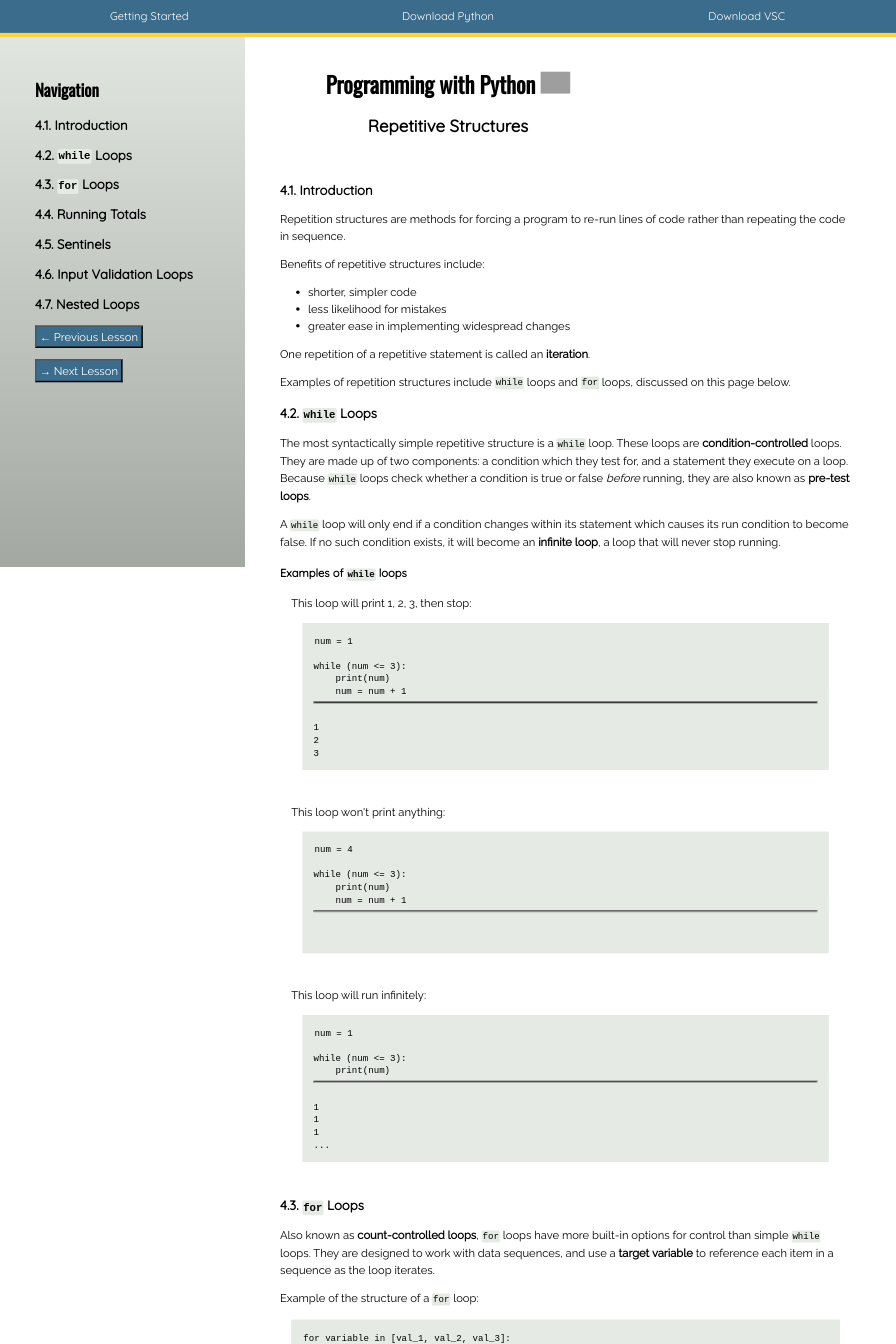
Repository: emnharris/FreeCodeCampChallenges
Page: responsive-web-design/technical-documentation-page/python-tutorial.html
The author's editor kept a copy of each file at every save. The page is drawn from the files as they stood at one save, then again after the next save.
The browser window is 1280 px wide. The pictures show the part of the page from y = 0 to 1920 px (the page is 5472 px tall before and 5570 px after), at 70% of full size.
Pictures or frames that could not be fetched are drawn as grey boxes.

Above is the page before, as saved 2020-04-18 01:03:08.

### responsive-web-design/technical-documentation-page/python-tutorial.html
<!DOCTYPE html>
<html>
    <head>
        <!--Import fonts-->
        <link href="https://fonts.googleapis.com/css2?family=Oswald&family=Quicksand&family=Raleway&display=swap" rel="stylesheet">

        <!--Import stylesheet-->
        <link rel="stylesheet" type="text/css" href="python-tutorial.css">
    </head>

    <body>
        <title>
            Programming with Python: Repetition Structures
        </title>
        <navbar id="navbar">
            <h2><a href="https://github.com/emnharris/COSC-1336/wiki">Getting Started</a></h2>
            <h2><a href="https://www.python.org/downloads/" target="_blank">Download Python</a></h2>
            <h2><a href="https://code.visualstudio.com/download" target="_blank">Download VSC</a></h2>
        </navbar>
        <div class="sidebar" id="sidebar">
            <h2 class="nav-header">Navigation</h2>
            <h3><a href="#4.1">4.1. Introduction</a></h3>
            <h3><a href="#4.2">4.2. <code>while</code> Loops</a></h3>
            <h3><a href="#4.3">4.3. <code>for</code> Loops</a></h3>
            <h3><a href="#4.4">4.4. Running Totals</a></h3>
            <h3><a href="#4.5">4.5. Sentinels</a></h3>
            <h3><a href="#4.6">4.6. Input Validation Loops</a></h3>
            <h3><a href="#4.7">4.7. Nested Loops</a></h3>
            <button onclick="window.location.href = 'https://github.com/emnharris/COSC-1336/wiki/3.-Decision-Structures-and-Boolean-Logic';">&larr; Previous Lesson</button>
            <p><button onclick="window.location.href = 'https://github.com/emnharris/COSC-1336/wiki/5.-Functions';">&rarr; Next Lesson</button></p>
        </div>
        <header>
            <h1>Programming with Python
            <img src="https://www.stickpng.com/assets/images/5848152fcef1014c0b5e4967.png" alt="python logo" id="logo"></h1>
            <h2>Repetitive Structures</h2>
            <section class="dropdown" id="nav-drop">
                <h2 class="nav-header" style="text-align: center;">Navigation</h2>
                <div class="dropdown-content">
                <h3><a style="border-top: none" href="#4.1">4.1. Introduction</a></h3>
                <h3><a class="drop-text" href="#4.2">4.2. <code>while</code> Loops</a></h3>
                <h3><a class="drop-text" href="#4.3">4.3. <code>for</code> Loops</a></h3>
                <h3><a class="drop-text" href="#4.4">4.4. Running Totals</a></h3>
                <h3><a class="drop-text" href="#4.5">4.5. Sentinels</a></h3>
                <h3><a class="drop-text" href="#4.6">4.6. Input Validation Loops</a></h3>
                <h3><a class="drop-text" href="#4.7">4.7. Nested Loops</a></h3>
            </div>
            </section>
        </header>
        <main>
            <section id="4.1">
                <h3>4.1. Introduction </h3>
                <p>Repetition structures are methods for forcing a program to re-run lines of code rather than repeating the code in sequence.</p>

                <p>Benefits of repetitive structures include:</p>
                <ul>
                    <li>shorter, simpler code</li>
                    <li>less likelihood for mistakes</li>
                    <li>greater ease in implementing widespread changes</li>
                </ul>

                <p>One repetition of a repetitive statement is called an <b>iteration</b>.</p>

                <p>Examples of repetition structures include <code>while</code> loops and <code>for</code> loops, discussed on this page below.</p>
            </section>
            <section id="4.2">
                <h3>4.2. <code>while</code> Loops</h3>
                <p>The most syntactically simple repetitive structure is a <code>while</code> loop. These loops are <b>condition-controlled</b> loops. They are made up of two components: a condition which they test for, and a statement they execute on a loop. Because <code>while</code> loops check whether a condition is true or false <i>before</i> running, they are also known as <b>pre-test loops</b>.</p>

                <p>A <code>while</code> loop will only end if a condition changes within its statement which causes its run condition to become false. If no such condition exists, it will become an <b>infinite loop</b>, a loop that will never stop running.</p>

                <h4>Examples of <code>while</code> loops</h4>
                <div id="examples">
                    <div id="onetwothree">
                        <p>This loop will print 1, 2, 3, then stop:</p>
                        <div class="code-block">
                            <code>
                                num = 1
                                <br>
                                <br>while (num <= 3):
                                <br>&nbsp;&nbsp;&nbsp;&nbsp;print(num)
                                <br>&nbsp;&nbsp;&nbsp;&nbsp;num = num + 1
                                <br>
                                <hr>
                                <br>1
                                <br>2
                                <br>3
                            </code>
                        </div>
                    </div>
                    <div id="broken">
                        <p>This loop won't print anything:</p>
                        <div class="code-block">
                            <code>
                                num = 4
                                <br>
                                <br>while (num <= 3):
                                <br>&nbsp;&nbsp;&nbsp;&nbsp;print(num)
                                <br>&nbsp;&nbsp;&nbsp;&nbsp;num = num + 1
                                <hr>
                                <br>
                                <br>
                            </code>
                        </div>
                    </div>
                    <div id="infinite">
                        <p>This loop will run infinitely:</p>
                        <div class="code-block">
                            <code>
                                num = 1
                                <br>
                                <br>while (num <= 3):
                                <br>&nbsp;&nbsp;&nbsp;&nbsp;print(num)
                                <hr>
                                <br>1
                                <br>1
                                <br>1
                                <br>...
                            </code>
                        </div>
                    </div>
                </div>
            </section>
            <section id="4.3">
                <h3>4.3. <code>for</code> Loops</h3>
                <p>Also known as <b>count-controlled loops</b>, <code>for</code> loops have more built-in options for control than simple <code>while</code> loops. They are designed to work with data sequences, and use a <b>target variable</b> to reference each item in a sequence as the loop iterates.</p>

                <p>Example of the structure of a <code>for</code> loop:</p>
                <div class="code-block">
                    <code>
                        for variable in [val_1, val_2, val_3]:
                        <br>&nbsp;&nbsp;&nbsp;&nbsp;statement executes
                    </code>
                </div>
                <p>In the example above, <b>variable</b> is the target variable which is referenced in each iteration as the loop moves through the data sequence (<b>val_1, val_2, val_3</b>).</p>

                <p>A simple <code>for</code> loop:</p>
                <div class="code-block">
                    <code>
                        print('This program prints the first 5 prime numbers:')
                        <br>for num in [2, 3, 5, 7, 11]:
                        <br>&nbsp;&nbsp;&nbsp;&nbsp;print(num)
                        <hr>
                        <br>This program prints the first 5 prime numbers:
                        <br>2
                        <br>3
                        <br>5
                        <br>7
                        <br>11
                    </code>
                </div>

                <h4>4.3.1. The <code>range</code> function</h4>

                <p>This function returns an <b>iterable object</b>, or an object with a sequence of values that can be iterated over. For example, 5 can be iterated from 0 to 5 as 0, 1, 2, 3, 4.</p>

                <p>By default, the <code>range</code> function moves in increases of 1.</p>

                <p>Remember than when using range, the iterable object is considered the ending limit. That is to say, as in the above example, we stop iterating <i>before</i> 5, not <i>at</i> 5. It is non-inclusive to 5.</p>

                <p>There are several characteristics to <code>range</code> functions. One argument will be interpreted as the ending limit (non-inclusive). Two arguments will be interpreted as a starting value (inclusive) and an ending limit (non-inclusive). Three arguments will be interpreted as an additional step value.</p>

                <p>Begins at 1, goes up to 10, changes by 2:</p>
                <div class="code-block">
                    <code>
                        for num in range (1, 10, 2):
                        <br>&nbsp;&nbsp;&nbsp;&nbsp;print(num)
                        <hr>
                        <br>1
                        <br>3
                        <br>5
                        <br>7
                        <br>9
                    </code>
                </div>

                <p>Begins at 5, goes down to 1 in steps of 1:</p>
                <div class="code-block">
                    <code>
                        for star in range (5, 1, -1):
                        <br>&nbsp;&nbsp;&nbsp;&nbsp;print('*' * star)
                        <hr>
                        <br>*****
                        <br>****
                        <br>***
                        <br>**
                        <br>*
                    </code>
                </div>

                <h4>4.3.2. Calculations with the Target Variable</h4>
                <p>Because the target variable is assigned the values 1, then 2, then 3, etc. as a loop runs, it can be helpful to use it to run certain calculations using it.</p>

                <p>This program displays a table of square roots:</p>
                <div class="code-block">
                    <code>
                        for number in range(1, 6):
                        <br>&nbsp;&nbsp;&nbsp;&nbsp;square = number**2
                        <br>&nbsp;&nbsp;&nbsp;&nbsp;print(number, '\t', square)
                        <hr>
                        <br>1&nbsp;&nbsp;&nbsp;&nbsp;1
                        <br>2&nbsp;&nbsp;&nbsp;&nbsp;4
                        <br>3&nbsp;&nbsp;&nbsp;&nbsp;9
                        <br>4&nbsp;&nbsp;&nbsp;&nbsp;16
                        <br>5&nbsp;&nbsp;&nbsp;&nbsp;25
                    </code>
                </div>
                <section id="4.4">
                <h3>4.4. Running Totals</h3>
                <p>Running totals can be executed by initializing an **accumulator variable** and using a loop. The accumulator is what holds the total, which is added to with each loop. The accumulator must be initialized, and set to 0, or the total will not be accurate.</p>

                <p>Calculates the sum of 5 numbers:</p>
                <div class="code-block">
                    <code>
                        MAX = 5
                        <br>total = 0
                        <br>for counter in range (MAX):
                        <br>&nbsp;&nbsp;&nbsp;&nbsp;number = int(input('Enter a number: ')
                        <br>&nbsp;&nbsp;&nbsp;&nbsp;total += number
                        <br>print('Total:',total)
                        <hr>
                        <br>Enter a number: 1
                        <br>Enter a number: 2
                        <br>Enter a number: 3
                        <br>Enter a number: 4
                        <br>Enter a number: 5
                        <br>Total: 15
                    </code>
                </div>

                <h4>4.4.1. Augmented Assignment Operators</h4>
                <p>Common operations such as <code>x = x + 1</code> can be shortened in Python. This works with numbers and variables (e.g., <code>total += number</code>).</p>
                <table>
                    <tr>
                        <th>
                            Operator
                        </th>
                        <th>
                            Example
                        </th>
                    </tr>
                    <tr>
                        <td>
                            <code>+=</code>
                        </td>
                        <td>
                            <code>x += 1</code> is equivalent to <code>x = x + 1</code>
                        </td>
                    </tr>
                    <tr>
                        <td>
                            <code>-=</code>
                        </td>
                        <td>
                            <code>x -= 1</code> is equivalent to <code>x = x - 1</code>
                        </td>
                    </tr>
                    <tr>
                        <td>
                            <code>*=</code>
                        </td>
                        <td>
                            <code>x *= 1</code> is equivalent to <code>x = x * 1</code>
                        </td>
                    </tr>
                    <tr>
                        <td>
                            <code>/=</code>
                        </td>
                        <td>
                            <code>x /= 1</code> is equivalent to <code>x = x / 1</code>
                        </td>
                    </tr>
                    <tr>
                        <td>
                            <code>%=</code>
                        </td>
                        <td>
                            <code>x %= 1</code> is equivalent to <code>x = x % 1</code>
                        </td>
                    </tr>
                </table>
            </section>

            <section id="4.5">
                <h3>4.5. Sentinels</h3>
                <p>A <b>sentinel</b> is a special value that marks the end of a sequence of values. When a program reads the sentinel value, it knows it has reached the end of the sequence, so the loop terminates. Sentinels are useful when the programmer does not know how many values are going to be input, and it would be cumbersome to ask after every iteration whether the user has more data.</p>

                <p>Note, a sentinel value must be distinct enough that it cannot be mistaken as a regular value in the sequence. An example of a distinct sentinel would be using a negative value when asking for student grades, because a negative score is impossible.</p>

            </section>
            <section id="4.6">
                <h3>4.6. Input Validation Loops</h3>
                <p>Data output can only be as good as data input, so data validation is frequently an important component of writing a program. <b>Input validation</b> is data validation that runs when the user inputs data into a program. If the input is invalid, the program will discard it and prompt the user for valid data instead. The program should loop until valid data is entered.</p>

                <p>The input that is received by the program just before input validation runs is called the <b>priming read</b>. Its purpose is to get the first input value to be tested by the validation loop.</p>

                <p>Example with the priming read commented:</p>
                <div class="code-block">
                    <code>
                score = int(input('Enter a score: '))&nbsp;&nbsp;&nbsp;&nbsp;#priming read
                <br>while score < 0 or score > 100:
                    <br>&nbsp;&nbsp;&nbsp;&nbsp;print('ERROR')
                    <br>&nbsp;&nbsp;&nbsp;&nbsp;score = int(input('Enter a score: '))
                    </code>
                    </div>

            </section>
            <section id="4.7">
                <h3>4.7. Nested Loops</h3>
                <p>A loop within a loop is a nested loop. A good example would be a program which simulates a clock.</p>

                <p>Clock simulation:</p>
                <div class="code-block">
                    <code>
                    for hours in range (24):
                    <br>&nbsp;&nbsp;&nbsp;&nbsp;for minutes in range (60):
                    <br>&nbsp;&nbsp;&nbsp;&nbsp;&nbsp;&nbsp;&nbsp;&nbsp;for seconds in range (60):
                    <br>&nbsp;&nbsp;&nbsp;&nbsp;&nbsp;&nbsp;&nbsp;&nbsp;&nbsp;&nbsp;&nbsp;&nbsp;print(minutes,':',seconds)
                    <hr>
                    <br># This program will count through every second for 24 hours!
                    </code>
                </div>
                <p>The innermost loop will iterate 60 times for each loop of the middle loop, which will in turn iterate 60 times for the next loop, which will iterate 24 times for the outside loop!</p>

                <p>Therefore, we can say the following about nested loops:</p>
                <ul>
                    <li>
                        the inner loop goes through every iteration of the outer loops
                    </li>
                    <li>
                        inner loops complete iterations faster than outer loops
                    </li>
                    <li>
                        to get the total iterations of a nested loop, multiple the number of iterations of all the loops in a nest
                    </li>
                </ul>
            </section>
        </main>
    </body>
</html>

### responsive-web-design/technical-documentation-page/python-tutorial.css
/* body styling */
code {
    background-color: rgb(229, 234, 229);
    padding: .1em;
    border-radius: 10%;
}
.code-block {
    background-color: rgb(229, 234, 229);
    padding: 1em;
    min-width: 160px;
    margin: 1em;
}
hr {
    height: 1px;
    background-color: black;
}
body {
    margin: 0px;
}
main {
    margin: 5%;
    margin-left: 400px;
}
a {
    color: white;
    text-decoration: none;
}
h1 {
    font-family: 'Oswald', sans-serif;
    text-align: center;
}
h2 {
    font-family: 'Quicksand', sans-serif;
    text-align: center;
    text-decoration: none;
}
h2 > a {
    text-decoration: none;
}
h2 > a:hover {
    text-decoration: underline;
}


h3, h4 {
    font-family: 'Quicksand', sans-serif;
}
p, li, td {
    font-family: 'Raleway', sans-serif;
    line-height: 1.5em;
}
th {
    font-family: 'Raleway', sans-serif;
    line-height: 1.5em;
    font-style: bold;
}
table {
    border: rgb(252, 211, 68) 6px solid;
    padding: 1em;
}

/* navbar styling */
#navbar {
    background-color: rgb(60, 108, 140);
    display: grid;
    grid-template-columns: 1fr 1fr 1fr;
    align-items: center;
    text-align: center;
    border-bottom: rgb(252, 211, 68) 6px solid;
    width: 100%;
    z-index: 2;
    position: fixed;
    top: 0;
    left: 0;
}

#navbar > h2 {
    font-size: 1em;
    color: white;
    font-weight: 400;
    text-decoration: none;
}

#navbar > a {
    text-decoration: none;
    color: white;
    font-size: 1em;
}

#navbar > a:hover {
    text-decoration: underline;
}
.nav-header {
    font-family: 'Oswald', sans-serif;
    text-align: left;
}


/* sidebar styling */
.sidebar {
    height: 100%;
    width: 300px;
    position: fixed;
    z-index: 1;
    left: 0;
    top: 0;
    padding-top: 90px;
    padding-left: 50px;
    overflow-x: hidden;
    background: linear-gradient(180deg, #e5eae5, #a3a8a3);
    transition: 0.5s;
}
h3 > a {
    text-decoration: none;
    color: black;
    transition: 0.3s;
}
h3 > a:hover {
    color:#3c6c8c;
    text-decoration: underline;
}
button {
    background-color: rgb(60, 108, 140);
    color: white;
    font-family: Raleway;
    font-size: 1em;
    padding: .3em;
}
button:hover {
    background-color: #769fc0;
}


/* header styling */
header {
    padding-top: 75px;
}
#logo {
    height: 1em;
    width: auto;
}

/* dropdown */
#nav-drop {
    display: none;

}
.dropdown {
    position: relative;
    display: inline-block;
    text-align: center;
}

.dropdown-content {
    display: none;
    position: absolute;
    background-color: #e5eae5;
    width: 100%;
    /* box-shadow: 0px 8px 16px 0px rgba(0,0,0,0.2); */
    padding: 12px 16px;
    z-index: 1;
}

.dropdown:hover .dropdown-content {
    display: block;
    border-bottom: #a3a8a3 3px solid;
}

#examples {
    display: grid;
    grid-template-columns: 1fr 1fr 1fr;
    grid-template-rows: 1;
    grid-gap: 20px;
    align-items: baseline;
}
#onetwothree {
    align-items: center;
    padding: 1em;
    padding-top: 0em;
}
#broken {
    align-items: center;
    padding: 1em;
    padding-top: 0em;
}
#infinite {
    align-items: center;
    padding: 1em;
    padding-top: 0em;
}

@media (max-width: 1670px)
{
    #examples {
        display: block;
        position: relative;
    }
    .sidebar {
        display: hide;
        /* align-items: center;
        grid-template-columns: repeat(auto-fit, minmax(140px, 1fr));
        width: 100%;
        height: 50px;
        position: fixed;
        bottom: 0;
        left: 0;
        padding-top: 50%; */
    }
}

@media (max-width: 1200px)
{
    #sidebar {
        display: none;
    }
    main {
        margin: 5%;
    }
    #nav-drop {
        display: block;
        background-color: #e5eae5;
        padding: .2em;
        border-top: #a3a8a3 3px solid;
        border-bottom: #a3a8a3 4px solid;
    }
    main > h3, h4 {
        font-family: 'Quicksand', sans-serif;
        border-top: rgb(252, 211, 68) 3px solid;
        padding-top: 1.5em;
    }
   .drop-text {
        border: none;
        font-size: 1em;
        line-height: 1em;
    }
    table {
        width: 100%;
    }
    tr {
        text-align: center;
    }
}

After the next save:
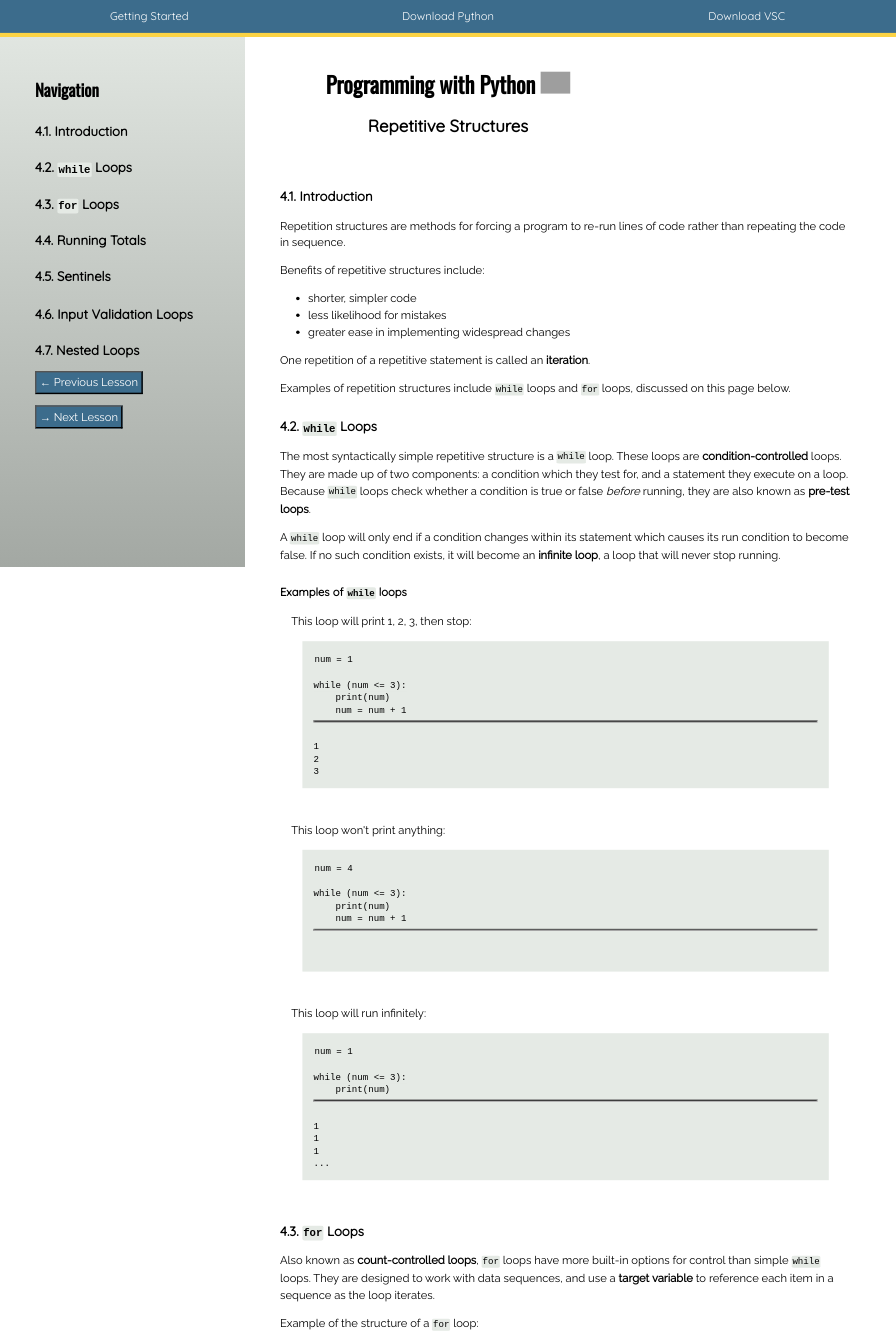
Saved 47 s later.
--- a/responsive-web-design/technical-documentation-page/python-tutorial.css
+++ b/responsive-web-design/technical-documentation-page/python-tutorial.css
@@ -44,6 +44,7 @@
 
 h3, h4 {
     font-family: 'Quicksand', sans-serif;
+    padding-top: .5em;
 }
 p, li, td {
     font-family: 'Raleway', sans-serif;
